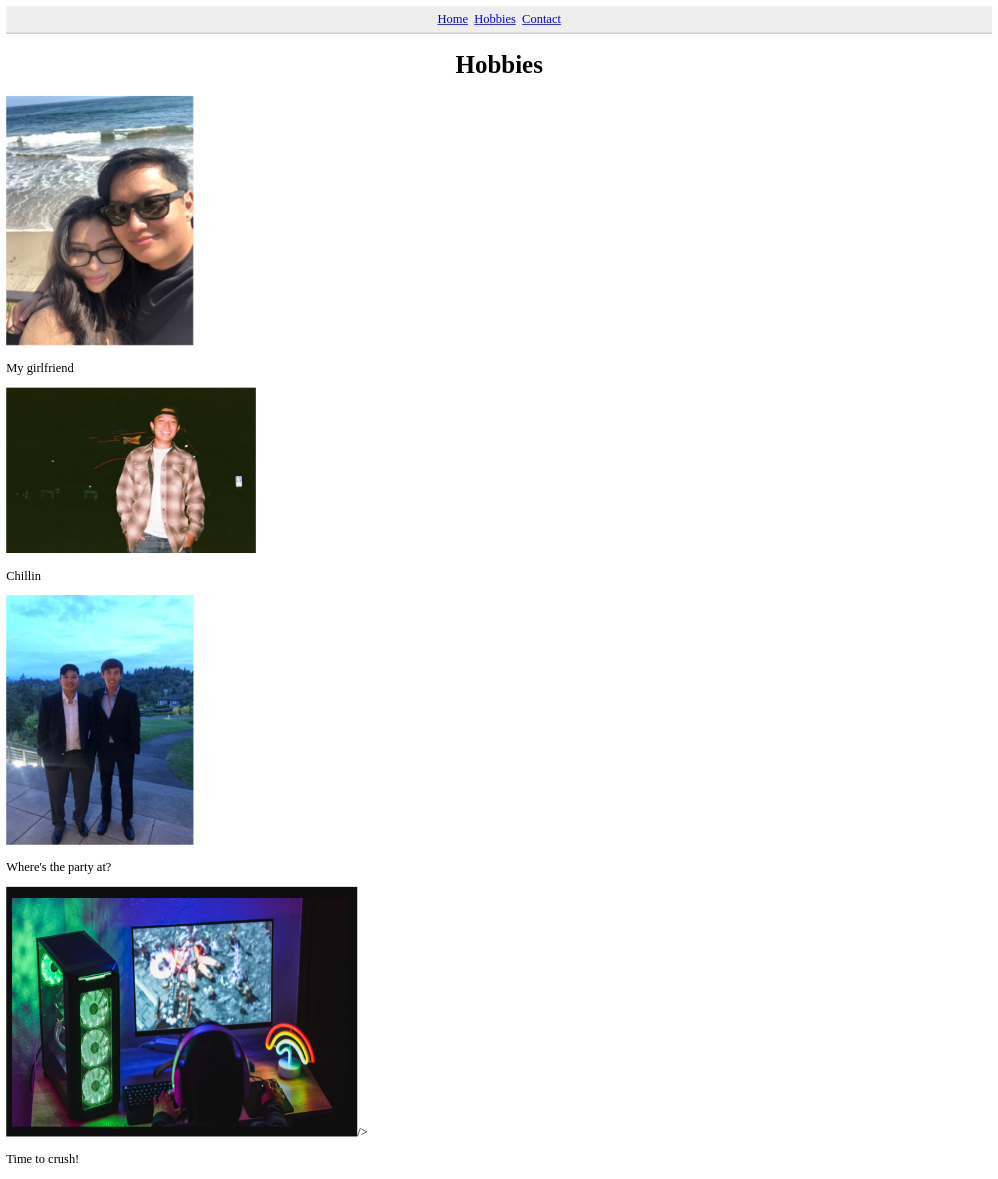
Repository: sebas6292/Jeff-Midterm
Page: hobby.html
These files come from the project's save history. The page is drawn as it stood at one moment and after the next save; the edit follows.
The browser window is 1280 px wide. The pictures show the whole page, at 78% of full size.

Above is the page before, as saved 2023-04-30 22:53:32.

After the next save:
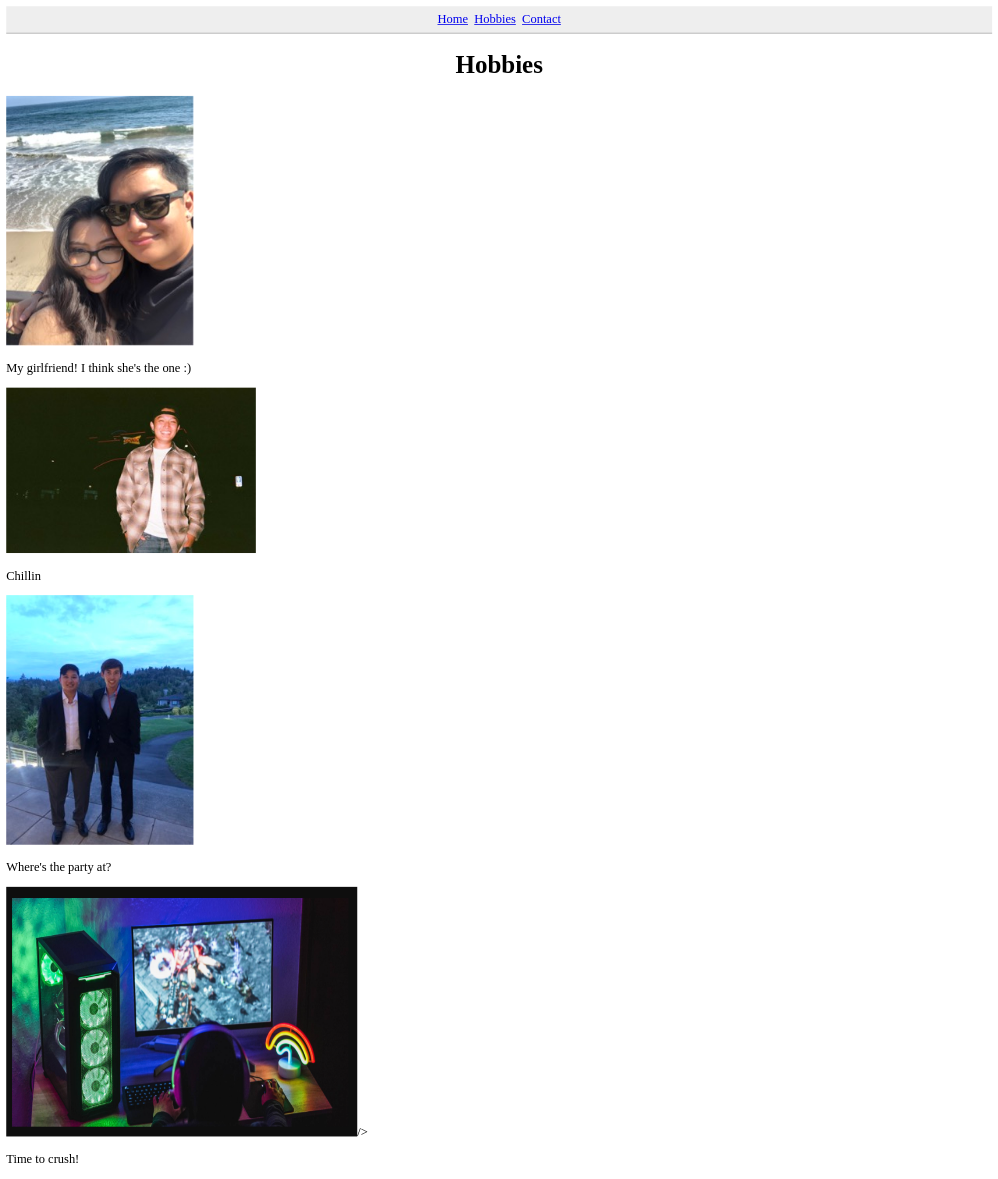
Saved 24 s later.
--- a/hobby.html
+++ b/hobby.html
@@ -18,7 +18,7 @@
       <section class="container">
         <div class="box-container">
             <img src="pics/Relationship.jpeg" />
-            <p>My girlfriend</p>
+            <p>My girlfriend! I think she's the one :)</p>
         </div>
         <div class="box-container">
             <img src="pics/Swag.jpeg" />
